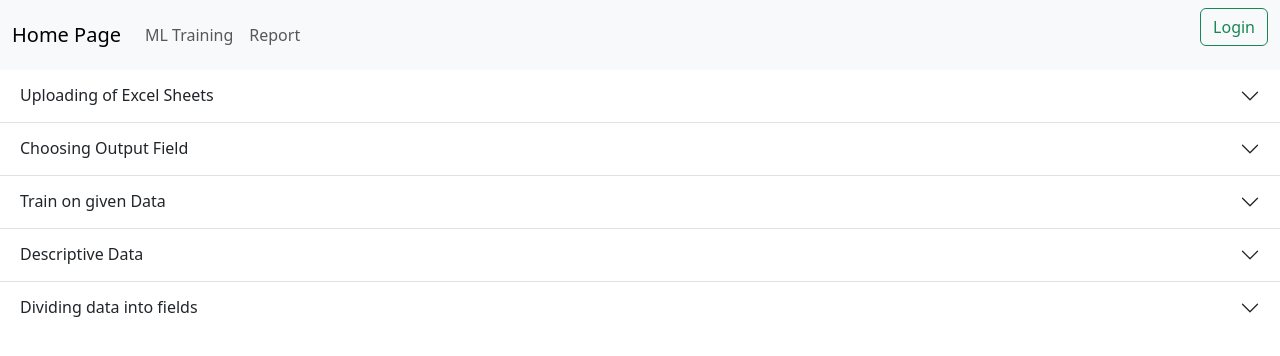
Repository: bhatnagarshasya/Capstone-CCA
Page: Prediction/templates/MLTrainer.html
An editor plug-in stored every save of this project. The page is shown before and after the next save, followed by the edit.
The browser window is 1280 px wide. The pictures show the whole page.
The page is served by the project's application, run on Flask 3 (Prediction/Routes.py). The template is opened directly, without the code that normally fills it, so the values that code supplies are empty.

Above is the page before, as saved 2023-11-06 22:45:54.

### Prediction/templates/MLTrainer.html
{% extends 'Base.html' %}

{% block body %}


<!-- Accordion Elements -->
<div class="accordion accordion-flush" id="accordionFlushExample">
    <!-- Accordion Item 1: Uploading of Excel Sheets -->
    <div class="accordion-item">
      <h2 class="accordion-header">
        <button class="accordion-button collapsed" type="button" data-bs-toggle="collapse" data-bs-target="#flush-collapseOne" aria-expanded="false" aria-controls="flush-collapseOne">
            Uploading of Excel Sheets
        </button>
      </h2>
      <div id="flush-collapseOne" class="accordion-collapse collapse" data-bs-parent="#accordionFlushExample">
        <div class="accordion-body">
            <h1>Upload Excel File (.xlsx)</h1>
            <form action="/preparation/1" method="POST" enctype="multipart/form-data">
                <input type="file" name="file" id="file">
                <input type="submit" value="Upload">
            </form>
        </div>
      </div>
    </div>

    <!-- Accordion Item 2: Choosing Output Field -->
    <div class="accordion-item">
      <h2 class="accordion-header">
        <button class="accordion-button collapsed" type="button" data-bs-toggle="collapse" data-bs-target="#flush-collapseTwo" aria-expanded="false" aria-controls="flush-collapseTwo">
            Choosing Output Field
        </button>
      </h2>
      <div id="flush-collapseTwo" class="accordion-collapse collapse" data-bs-parent="#accordionFlushExample">
        <div class="accordion-body">
            {% for Columns in MLTechniques %}
            <a href="/MLTechniques/{{Columns}}"><button class="btn btn-outline-success mb-3">{{Columns}}</button></a>
            {% endfor %}
            {{OutputFields}}
        </div>
      </div>
    </div>

    <!-- Accordion Item 3: Train on given Data -->
    <div class="accordion-item">
      <h2 class="accordion-header">
        <button class="accordion-button collapsed" type="button" data-bs-toggle="collapse" data-bs-target="#flush-collapseThree" aria-expanded="false" aria-controls="flush-collapseThree">
          Train on given Data
        </button>
      </h2>
      <div id="flush-collapseThree" class="accordion-collapse collapse" data-bs-parent="#accordionFlushExample">
        <div class="accordion-body">
            <a href="/TrainData/{{OutputFields}}"><button class="btn btn-outline-success mb-3">Train on given Data</button></a>
            <p>{{MLOutput}}</p>
        </div>
      </div>
    </div>

    <!-- Accordion Item 4: Descriptive Data -->
    <div class="accordion-item">
        <h2 class="accordion-header">
          <button class="accordion-button collapsed" type="button" data-bs-toggle="collapse" data-bs-target="#flush-collapseFour" aria-expanded="false" aria-controls="flush-collapseThree">
            Descriptive Data
          </button>
        </h2>
        <div id="flush-collapseFour" class="accordion-collapse collapse" data-bs-parent="#accordionFlushExample">
            <div class="accordion-body">
                <a href="/showData/2"><button class="btn btn-outline-success mb-3">Show Descriptive Data</button></a>
            </div>
        </div>
    </div>

    <!-- Accordion Item 5: Dividing data into fields -->
    <div class="accordion-item">
        <h2 class="accordion-header">
          <button class="accordion-button collapsed" type="button" data-bs-toggle="collapse" data-bs-target="#flush-collapseFive" aria-expanded="false" aria-controls="flush-collapseThree">
            Dividing data into fields
          </button>
        </h2>
        <div id="flush-collapseFive" class="accordion-collapse collapse" data-bs-parent="#accordionFlushExample">
          <div class="accordion-body">{{DividingDataFields}}</div>
        </div>
    </div>

    <!--End of Accordion Elements  -->
  </div>
{% endblock body %}

### Prediction/templates/Base.html
<!doctype html>
<html lang="en">
  <head>
    <meta charset="utf-8">
    <meta name="viewport" content="width=device-width, initial-scale=1">
    <title>Bill Report Manager</title>
    <link href="https://cdn.jsdelivr.net/npm/bootstrap@5.3.1/dist/css/bootstrap.min.css" rel="stylesheet" integrity="sha384-4bw+/aepP/YC94hEpVNVgiZdgIC5+VKNBQNGCHeKRQN+PtmoHDEXuppvnDJzQIu9" crossorigin="anonymous">
    <script src="https://cdnjs.cloudflare.com/ajax/libs/FileSaver.js/2.0.5/FileSaver.min.js"></script>

  </head>
  <body>

    <!-- Navigation Bar -->
    <nav class="navbar navbar-expand-lg bg-body-tertiary">
      <div class="container-fluid">
        <a class="navbar-brand" href="/">Home Page</a>
        <button class="navbar-toggler" type="button" data-bs-toggle="collapse" data-bs-target="#navbarSupportedContent" aria-controls="navbarSupportedContent" aria-expanded="false" aria-label="Toggle navigation">
          <span class="navbar-toggler-icon"></span>
        </button>
        <div class="collapse navbar-collapse" id="navbarSupportedContent">
          <ul class="navbar-nav me-auto mb-2 mb-lg-0">
              <li class="nav-item">
                <!-- Webpage for Preparation of Dataset -->
                <a class="nav-link" href="/mlTrainer">ML Training</a>
              </li>
            <li class="nav-item">
              <!-- Webpage for Report of Report -->
              <a class="nav-link" href="/report">Report</a>
            </li>
        </div>
        <a href="/login"><button class="btn btn-outline-success mb-3">Login</button></a>
      </div>
    </nav>

    <script src="https://cdn.jsdelivr.net/npm/@popperjs/core@2.11.8/dist/umd/popper.min.js" integrity="sha384-I7E8VVD/ismYTF4hNIPjVp/Zjvgyol6VFvRkX/vR+Vc4jQkC+hVqc2pM8ODewa9r" crossorigin="anonymous"></script>
    <script src="https://cdn.jsdelivr.net/npm/bootstrap@5.3.1/dist/js/bootstrap.min.js" integrity="sha384-Rx+T1VzGupg4BHQYs2gCW9It+akI2MM/mndMCy36UVfodzcJcF0GGLxZIzObiEfa" crossorigin="anonymous"></script>
  {% block body %}

  {% endblock body %}
  </body>
</html>

### Prediction/Routes.py
from flask import Flask, render_template, request, session, redirect, jsonify
import requests
import json
import pandas as pd

app = Flask(__name__)
app.secret_key = "Hello World"

## Definition of ML Algorithms
def MLAlgo(MLTechnique, Data, targetColumn):
    if MLTechnique == "Random Forest":
        pass
    return len(Data)

## Defining all session variables
def VarDefinition():
    MLTechniques = ['Random Forest', 'Linear Regression', 'Logistic Regression', 'SVM']
    return MLTechniques

## Home Page
@app.route("/")
def HomePage():
    session['MLTechniques'] = VarDefinition()
    if 'OutputFields' not in session:
        session['OutputFields'] = 'Not Selected yet'
    if 'MLOutput' not in session:
        session['MLOutput'] = 'Not Yet Trained'
    return render_template('HomePage.html')


## Preparation
@app.route("/mlTrainer")
def Preparation():
    try:
        df = pd.read_excel('ChurnAnalysis.xlsx')
        session['ChoosingOutputFields'] = [i for i in df.columns]
    except:
        session['ChoosingOutputFields'] = 'Empty'
    print(session['MLOutput'])
    return render_template('MLTrainer.html', MLTechniques=session['MLTechniques'], OutputFields=session['OutputFields'], MLOutput=session['MLOutput'])

@app.route("/preparation/<Option>", methods=['GET', 'POST'])
def prepOption(Option):
    if Option == "1":
        if request.method == 'POST':
            file = request.files['file']
            if file:
                file.save("ChurnAnalysis.xlsx")
                session['ShowData'] = 1
                return redirect("/mlTrainer")


    return f'{Option} : {Option == "1"}'


## Generating Training Data API
@app.route("/TrainData/<MLTechnique>")
def Prediction(MLTechnique):
    df = pd.read_excel('ChurnAnalysis.xlsx')
    # Prepare the dataframe for the API call
    df_json = df.to_json(orient='records')

    session['MLOutput'] = requests.get(f"http://127.0.0.1:8080/TrainData/{session['OutputFields']}/{df_json}").json()
    return redirect("/mlTrainer")


## Report
@app.route("/report")
def Report():
    return render_template('Report.html')


## Login
@app.route("/login")
def Login():
    return render_template('Login.html')


## Show Table
@app.route("/showData/<Option>")
def showTable(Option):
    if Option == '1':
        try:
            df = pd.read_excel('ChurnAnalysis.xlsx')
            return df.to_html()
        except:
            return redirect('/preparation')
    elif Option == '2':
        try:
            df = pd.read_excel('ChurnAnalysis.xlsx')
            return df.describe().to_html()
        except:
            return redirect('/preparation')


## ChoosingOutputFields
@app.route("/MLTechniques/<Option>")
def MLTechniques(Option):
    session['OutputFields'] = Option
    return redirect('/mlTrainer')


## Train Data on Models
@app.route("/TrainData/<MLTechnique>/<Data>/<TargetColumn>")
def DataTrainer(MLTechnique, Data, TargetColumn):
    data = {
        'MLTechnique': MLTechnique,
        'Target Column': TargetColumn,
        'Weights': [1, 2, 3, 4],
        'Model Return': MLAlgo(MLTechnique, Data, TargetColumn),
    }
    print(type(json.dumps(data)))
    return json.dumps(data)


## Train Data on Models
@app.route("/ML_Available")
def ML_Available():
    return json.dumps(VarDefinition())

if __name__ == '__main__':
    app.run(debug=True, port=8080)

After the next save:
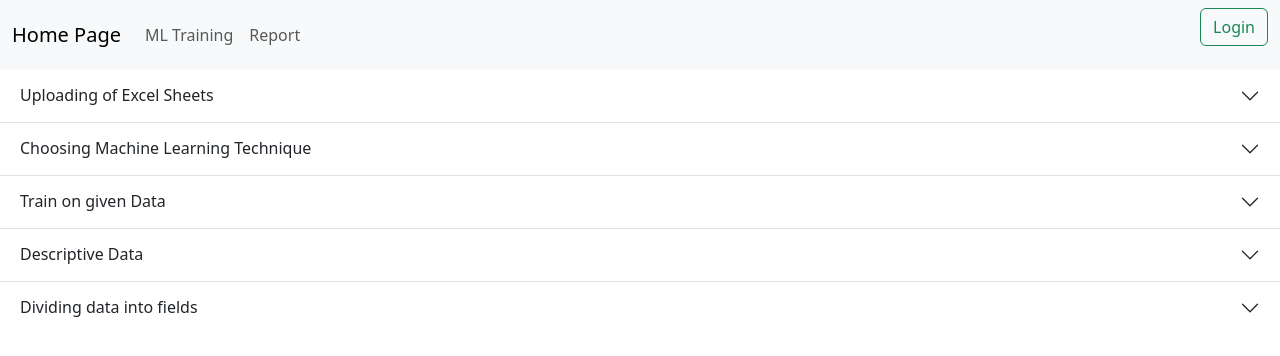
Saved 54 s later.
--- a/Prediction/templates/MLTrainer.html
+++ b/Prediction/templates/MLTrainer.html
@@ -23,11 +23,11 @@
       </div>
     </div>
 
-    <!-- Accordion Item 2: Choosing Output Field -->
+    <!-- Accordion Item 2: Choosing Machine Learning Technique -->
     <div class="accordion-item">
       <h2 class="accordion-header">
         <button class="accordion-button collapsed" type="button" data-bs-toggle="collapse" data-bs-target="#flush-collapseTwo" aria-expanded="false" aria-controls="flush-collapseTwo">
-            Choosing Output Field
+            Choosing Machine Learning Technique
         </button>
       </h2>
       <div id="flush-collapseTwo" class="accordion-collapse collapse" data-bs-parent="#accordionFlushExample">
